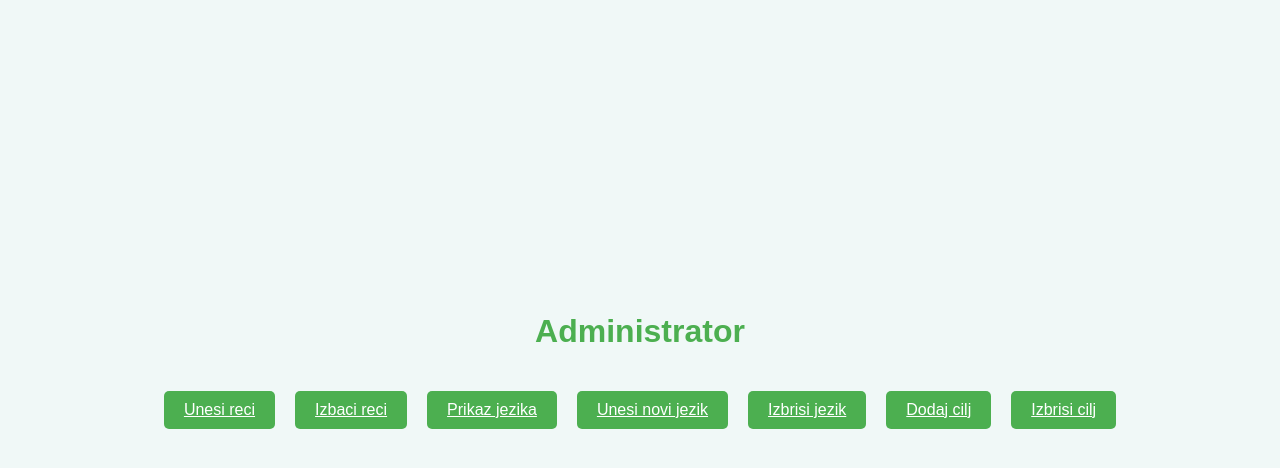
Repository: jodz4k/Polilingo-Spring-web-app
Page: http://localhost/PolilingoWeb/administrator.jsp
The author's editor kept a copy of each file at every save. The page is drawn from the files as they stood at one save, then again after the next save.
The browser window is 1280 px wide. The pictures show the whole page.
The page is served by Tomcat 10.

Above is the page before, as saved 2024-01-29 18:19:20.

After the next save:
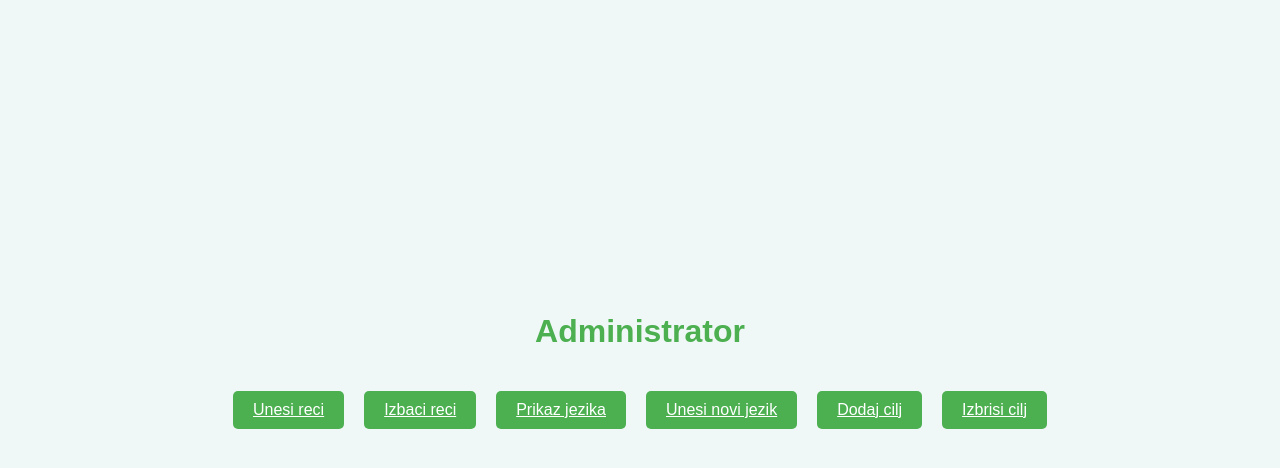
Saved 2 s later.
--- a/PolilingoWeb/src/main/webapp/administrator.jsp
+++ b/PolilingoWeb/src/main/webapp/administrator.jsp
@@ -74,7 +74,6 @@
 		<a href="/Polilingo/admIzbacivanjeReci.jsp" class="button remove-words-button">Izbaci reci</a>
 		<a href="/Polilingo/jezik/ispisiJezike" class="button view-stats-button">Prikaz jezika</a>
 		<a href="/Polilingo/admUnesiJezik.jsp" class="button add-language-button">Unesi novi jezik</a>
-		<a href="/Polilingo/admUnesiJezik.jsp" class="button add-language-button">Izbrisi jezik</a>
 		<a href="/Polilingo/admUnesiJezik.jsp" class="button add-language-button">Dodaj cilj</a>
 		<a href="/Polilingo/admUnesiJezik.jsp" class="button add-language-button">Izbrisi cilj</a>
     </div>
